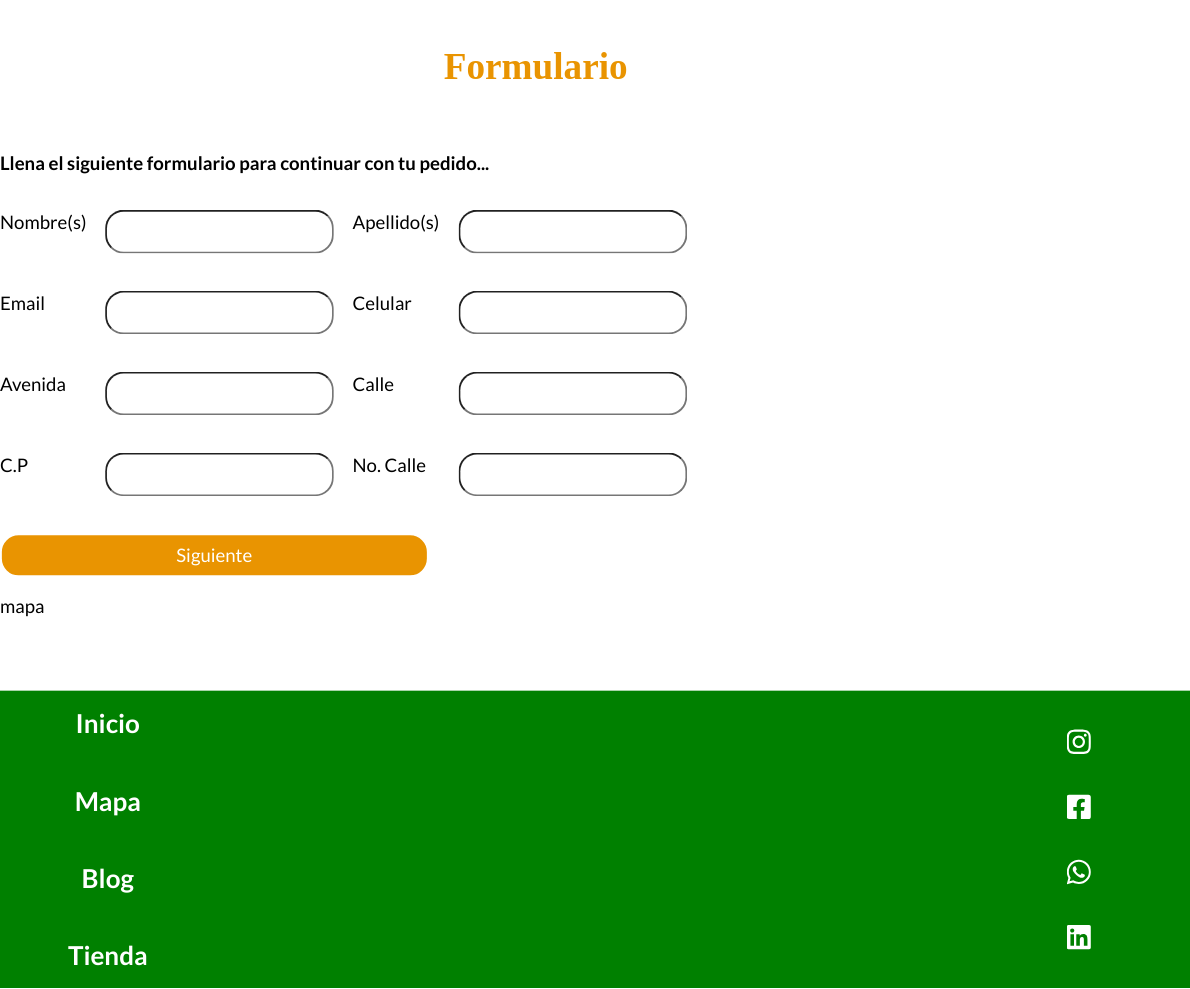
Repository: CarlosCamposRodriguez99/cv-beta-frontend
Page: /mapa
An editor plug-in stored every save of this project. The page is shown before and after the next save, followed by the edit.
The browser window is 1280 px wide. The pictures show the part of the page from y = 219 to 1302 px (the page is 1282 px tall before and 1302 px after), at 93% of full size.
Some web fonts or font styles are not loaded; a fallback is used. The project was rebuilt for these pictures with package versions that can differ from the ones it lists, and the page was loaded fresh each time. The framework's server and built-in components were replaced by stand-ins that run in the browser. Also part of the build but not shown: next.config.js.

Above is the page before, as saved 2022-05-06 18:12:30.

After the next save:
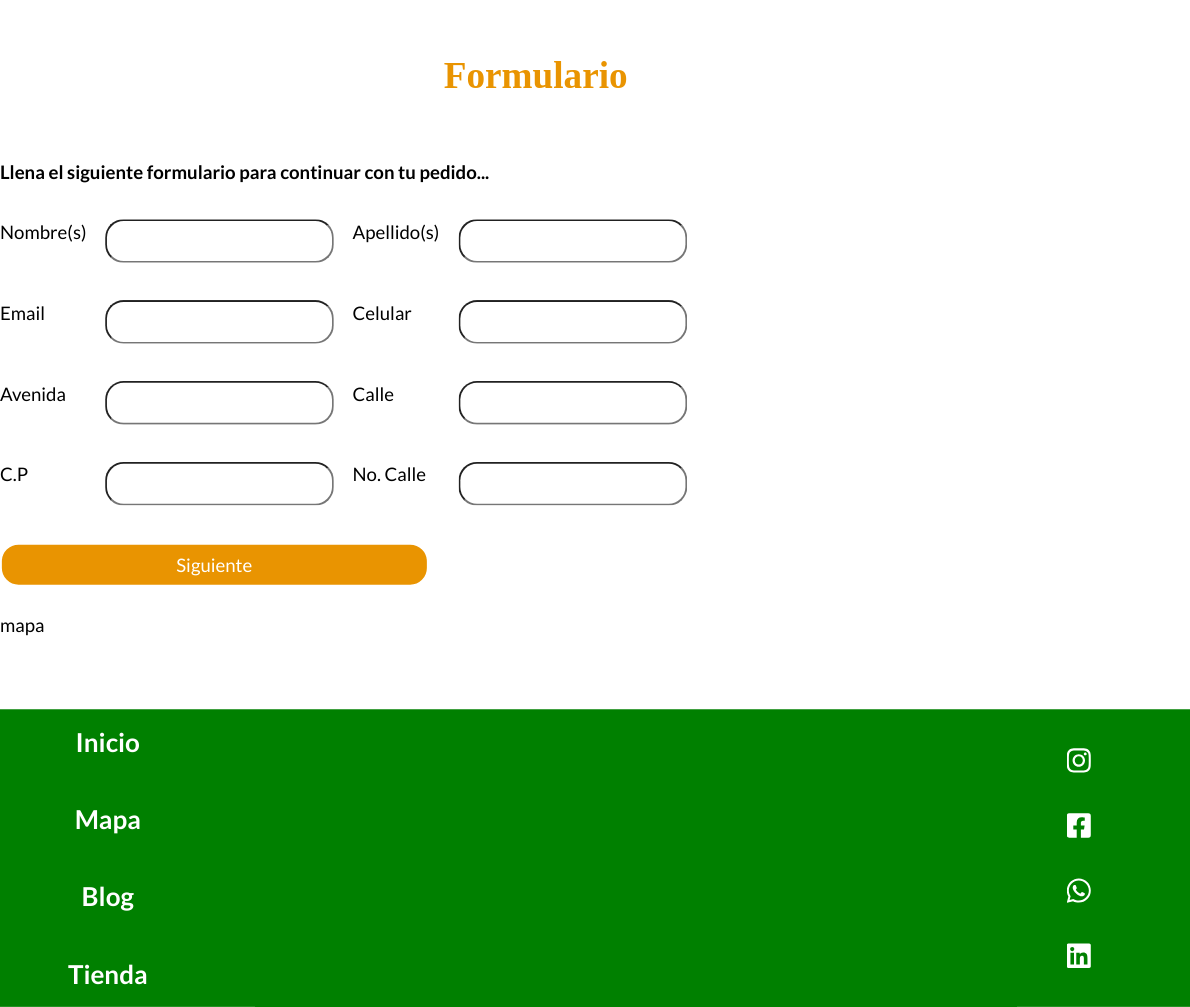
Saved 7 s later.
--- a/styles/Mapa.module.css
+++ b/styles/Mapa.module.css
@@ -26,7 +26,7 @@
 
 .head {
   max-width: 120rem;
-  margin: 1rem 1;
+  margin: 1rem 0;
   width: 90%;
   display: grid;
 }
